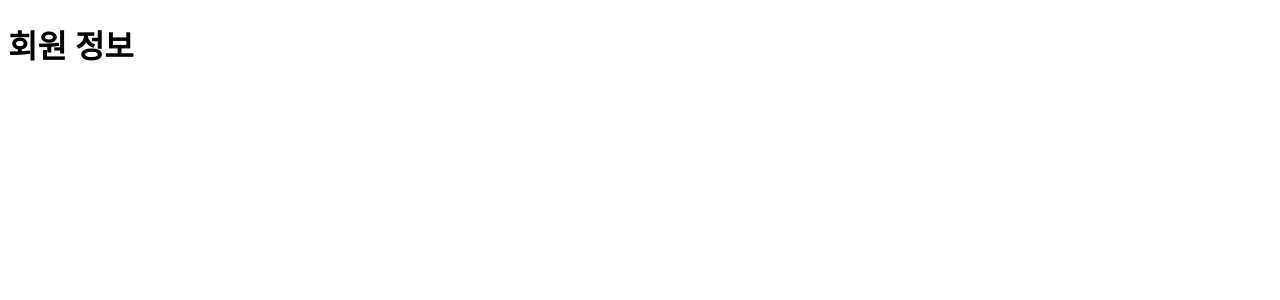
Repository: ZicoPark/Lost-Dev
Page: http://localhost/03_request/
An editor plug-in stored every save of this project. The page is shown before and after the next save, followed by the edit.
The browser window is 1280 px wide. The pictures show the whole page.
The page is served by Tomcat 9.

Above is the page before, as saved 2023-02-20 03:04:46.

### JSP/03_request/WebContent/index.jsp
<%@ page language="java" contentType="text/html; charset=UTF-8"
    pageEncoding="UTF-8"%>
<!DOCTYPE html>
<html>
<head>
<meta charset="UTF-8">
<title>Insert title here</title>
</head>
<body>
	<h1>회원 정보</h1>
	<form action = ""  method="get">
	</form>
</body>
</html>

After the next save:
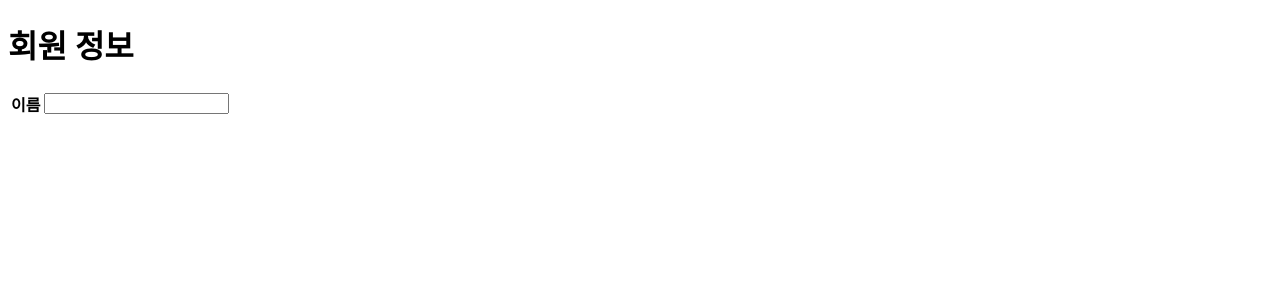
Saved 49 s later.
--- a/JSP/03_request/WebContent/index.jsp
+++ b/JSP/03_request/WebContent/index.jsp
@@ -9,6 +9,12 @@
 <body>
 	<h1>회원 정보</h1>
 	<form action = ""  method="get">
+	<table>
+		<tr>
+			<th>이름</th>
+			<td><input type = "text" name="userName"/></td>
+		</tr>
+	</table>
 	</form>
 </body>
 </html>
